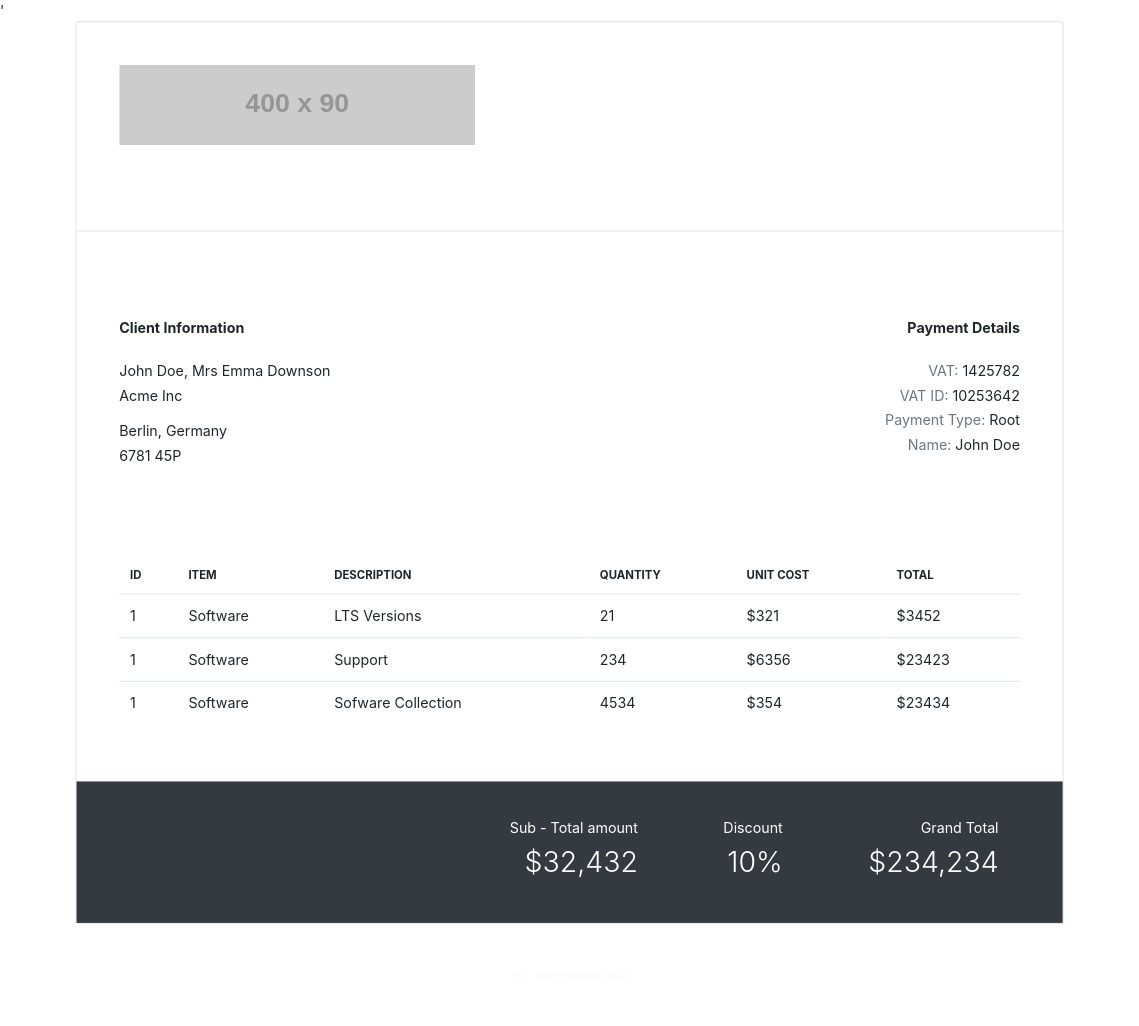
Repository: kim-byoungkwan/OpenBanking
Page: http://localhost/SemiFinalProject/jsp/board/boardList.jsp
The author's editor kept a copy of each file at every save. The page is drawn from the files as they stood at one save, then again after the next save.
The browser window is 1280 px wide. The pictures show the whole page, at 89% of full size.
Some web libraries are served in a nearby version. The page is served by Tomcat 9.

Above is the page before, as saved 2022-07-31 14:48:37.
Console error: TypeError: Cannot read properties of undefined (reading 'fn')

After the next save:
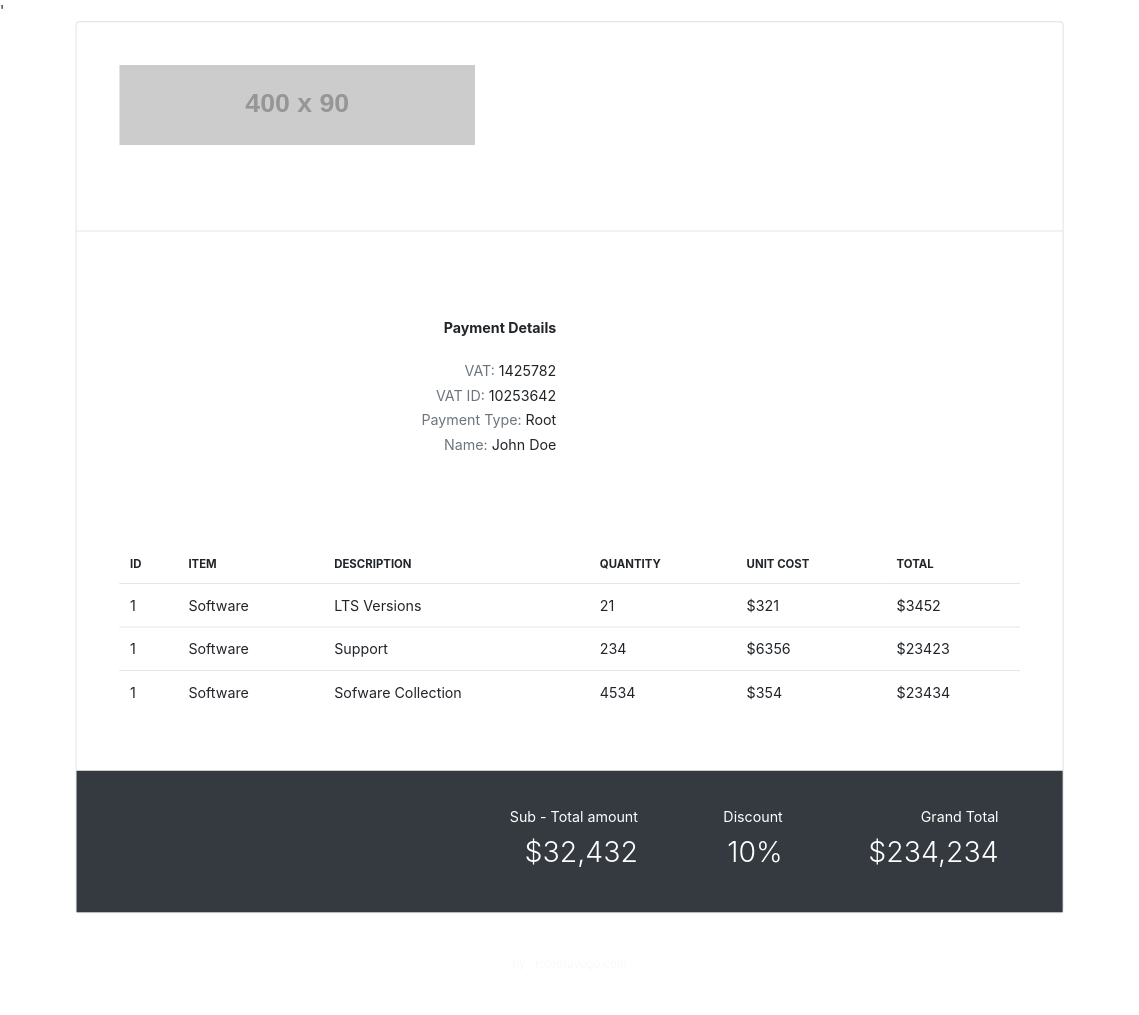
Saved 20 s later.
--- a/SemiFinalProject/src/main/webapp/jsp/board/boardList.jsp
+++ b/SemiFinalProject/src/main/webapp/jsp/board/boardList.jsp
@@ -29,13 +29,7 @@
                     <hr class="my-5">
 
                     <div class="row pb-5 p-5">
-                        <div class="col-md-6">
-                            <p class="font-weight-bold mb-4">Client Information</p>
-                            <p class="mb-1">John Doe, Mrs Emma Downson</p>
-                            <p>Acme Inc</p>
-                            <p class="mb-1">Berlin, Germany</p>
-                            <p class="mb-1">6781 45P</p>
-                        </div>
+
 
                         <div class="col-md-6 text-right">
                             <p class="font-weight-bold mb-4">Payment Details</p>
